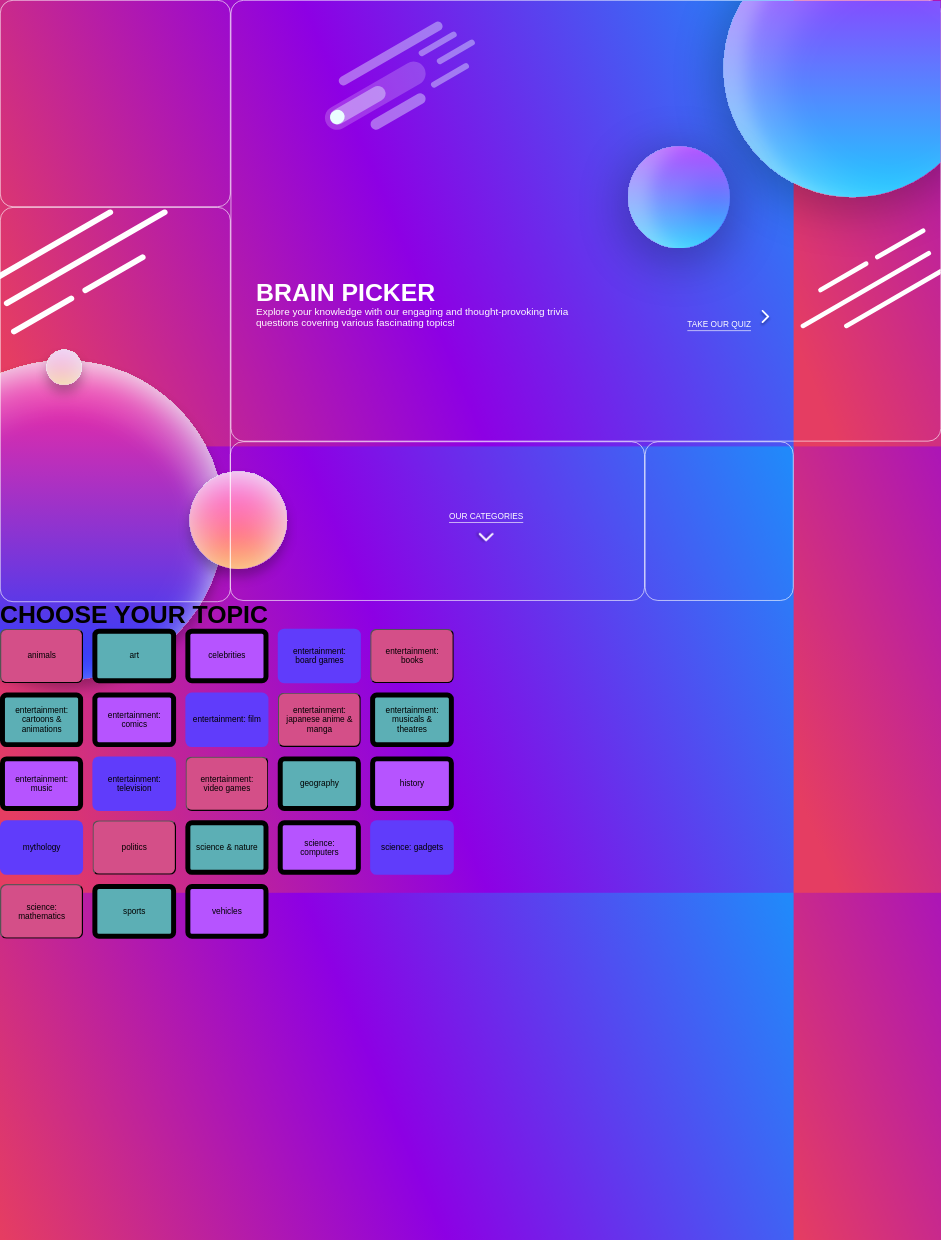
Repository: pjiang604/COMP-2170_Final-Project
Page: index.html
The author's editor kept a copy of each file at every save. The page is drawn from the files as they stood at one save, then again after the next save.
The browser window is 1280 px wide. The page is 1518 px wide, so the pictures cover 1518 px, including what lies to the right of the window. The pictures show the whole page, at 62% of full size.
Backgrounds fixed to the window are drawn as part of the page.

Above is the page before, as saved 2023-04-30 12:49:28.

After the next save:
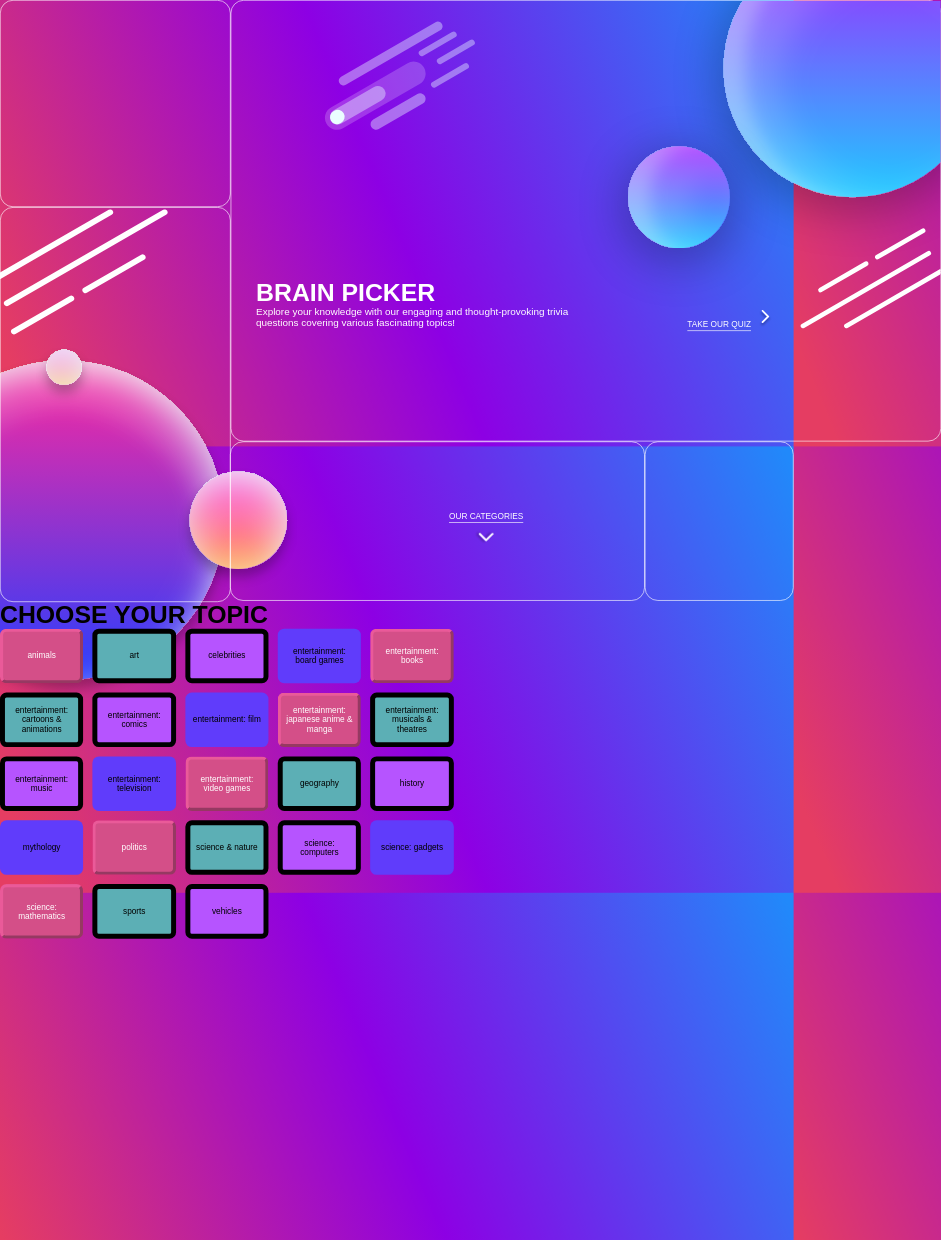
Saved 5 min 29 s later.
--- a/style.css
+++ b/style.css
@@ -190,11 +190,11 @@ body {
 }
 
 .topic_button1{
-	width: 8.4rem;
-	height: 5.5rem;
-	background-color: #D44F88;
-	/* box-shadow: #E53D62; */
-	border-radius: 0.656rem;
+	border-width: thick;
+    color: var(--white);
+    border-radius: 0.656rem;
+    background-color: #d44f88;
+    border-color: #ea5a99;
 
 }
 
